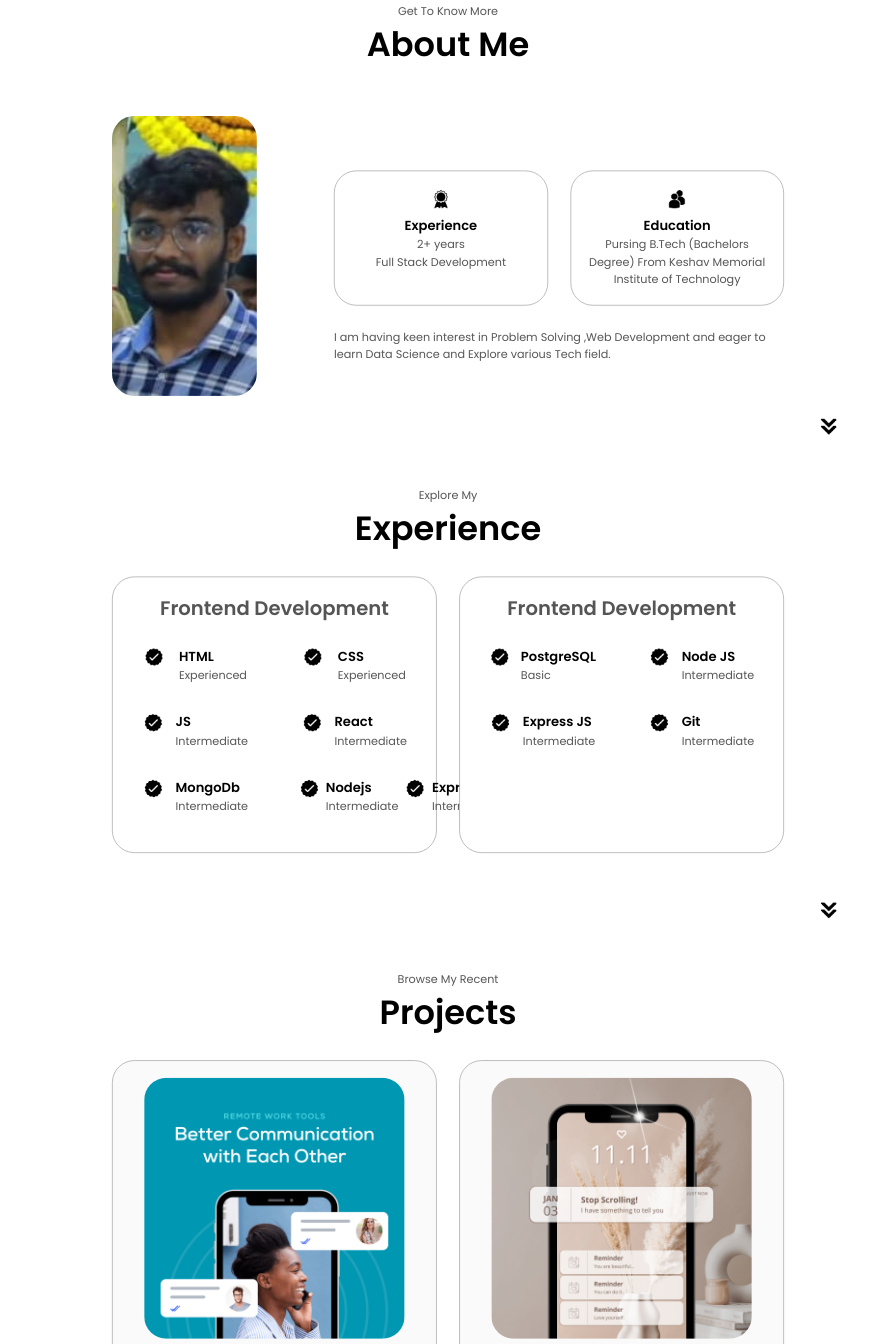
Repository: ARUN-YERRAM/ARUN-YERRAM-PORTFOLIO
Page: portfolio/index.html
These files come from the project's save history. The page is drawn as it stood at one moment and after the next save; the edit follows.
The browser window is 1280 px wide. The pictures show the part of the page from y = 842 to 2762 px (the page is 4425 px tall), at 70% of full size.

Above is the page before, as saved 2024-07-07 04:03:59.

### portfolio/index.html
<!DOCTYPE html>
<html lang="en">
  <head>
    <meta charset="UTF-8" />
    <meta http-equiv="X-UA-Compatible" content="IE=edge" />
    <meta name="viewport" content="width=device-width, initial-scale=1.0" />
    <title>My Portfolio</title>
    <link rel="stylesheet" href="style.css" />
    <link rel="stylesheet" href="mediaqueries.css" />
  </head>
  <body>
    <nav id="desktop-nav">
      <div class="logo">ARUN YERRAM</div>
      <div>
        <ul class="nav-links">
          <li><a href="#about">About</a></li>
          <li><a href="#experience">Experience</a></li>
          <li><a href="#projects">Projects</a></li>
          <li><a href="#contact">Contact</a></li>
        </ul>
      </div>
    </nav>
    <nav id="hamburger-nav">
      <div class="logo">ARUN YERRAM</div>
      <div class="hamburger-menu">
        <div class="hamburger-icon" onclick="toggleMenu()">
          <span></span>
          <span></span>
          <span></span>
        </div>
        <div class="menu-links">
          <li><a href="#about" onclick="toggleMenu()">About</a></li>
          <li><a href="#experience" onclick="toggleMenu()">Experience</a></li>
          <li><a href="#projects" onclick="toggleMenu()">Projects</a></li>
          <li><a href="#contact" onclick="toggleMenu()">Contact</a></li>
        </div>
      </div>
    </nav>
    <section id="profile">
      <div class="section__pic-container">
        <img src="./assets/profile-pic.png" alt="John Doe profile picture" />
      </div>
      <div class="section__text">
        <p class="section__text__p1">Hello, I'm</p>
        <h1 class="title">ARUN YERRAM</h1>
        <p class="section__text__p2">Frontend Developer</p>
        <div class="btn-container">
          <button
            class="btn btn-color-2"
            onclick="window.open('./assets/resume-example.pdf')"
          >
            Download CV
          </button>
          <button class="btn btn-color-1" onclick="location.href='./#contact'">
            Contact Info
          </button>
        </div>
        <div id="socials-container">
          <img
            src="./assets/linkedin.png"
            alt="My LinkedIn profile"
            class="icon"
            onclick="window.open('https://www.linkedin.com/in/arun-yerram/','_blank')"
          />
          <img
            src="./assets/github.png"
            alt="My Github profile"
            class="icon"
            onclick="location.href='https://github.com/ARUN-YERRAM?tab=repositories'"
          />
        </div>
      </div>
    </section>
    <section id="about">
      <p class="section__text__p1">Get To Know More</p>
      <h1 class="title">About Me</h1>
      <div class="section-container">
        <div class="section__pic-container">
          <img
            src="./assets/Photo1.jpg"
            alt="Profile picture"
            class="about-pic"
          />
        </div>
        <div class="about-details-container">
          <div class="about-containers">
            <div class="details-container">
              <img
                src="./assets/experience.png"
                alt="Experience icon"
                class="icon"
              />
              <h3>Experience</h3>
              <p>2+ years <br />Full Stack Development</p>
            </div>
            <div class="details-container">
              <img
                src="./assets/education.png"
                alt="Education icon"
                class="icon"
              />
              <h3>Education</h3>
              <p>Pursing B.Tech (Bachelors Degree) From Keshav Memorial Institute of Technology <br /></p>
            </div>
          </div>
          <div class="text-container">
            <p>
              I am having keen interest in Problem Solving ,Web Development and eager to learn Data Science and Explore various Tech field.
            </p>
          </div>
        </div>
      </div>
      <img
        src="./assets/arrow.png"
        alt="Arrow icon"
        class="icon arrow"
        onclick="location.href='./#experience'"
      />
    </section>
    <section id="experience">
      <p class="section__text__p1">Explore My</p>
      <h1 class="title">Experience</h1>
      <div class="experience-details-container">
        <div class="about-containers">
          <div class="details-container">
            <h2 class="experience-sub-title">Frontend Development</h2>
            <div class="article-container">
              <article>
                <img
                  src="./assets/checkmark.png"
                  alt="Experience icon"
                  class="icon"
                />
                <div>
                  <h3>HTML</h3>
                  <p>Experienced</p>
                </div>
              </article>
              <article>
                <img
                  src="./assets/checkmark.png"
                  alt="Experience icon"
                  class="icon"
                />
                <div>
                  <h3>CSS</h3>
                  <p>Experienced</p>
                </div>
              </article>
              <article>
                <img
                  src="./assets/checkmark.png"
                  alt="Experience icon"
                  class="icon"
                />
                <div>
                  <h3>JS</h3>
                  <p>Intermediate</p>
                </div>
              </article>
              <article>
                <img
                  src="./assets/checkmark.png"
                  alt="Experience icon"
                  class="icon"
                />
                <div>
                  <h3>React</h3>
                  <p>Intermediate</p>
                </div>
              </article>
              <article>
                <img
                  src="./assets/checkmark.png"
                  alt="Experience icon"
                  class="icon"
                />
                <div>
                  <h3>MongoDb</h3>
                  <p>Intermediate</p>
                </div>
              </article>
              <article>
                <article>
                  <img
                    src="./assets/checkmark.png"
                    alt="Experience icon"
                    class="icon"
                  />
                  <div>
                    <h3>Nodejs</h3>
                    <p>Intermediate</p>
                  </div>
                </article>

                <article>
                  <img
                    src="./assets/checkmark.png"
                    alt="Experience icon"
                    class="icon"
                  />
                  <div>
                    <h3>Expressjs</h3>
                    <p>Intermediate</p>
                  </div>
                </article>
                <article>
                <article>
                <img
                  src="./assets/checkmark.png"
                  alt="Experience icon"
                  class="icon"
                />
                <div>
                  <h3>Git && Github</h3>
                  <p>Intermediate</p>
                </div>
              </article>
            </div>
          </div>
          <div class="details-container">
            <h2 class="experience-sub-title">Frontend Development</h2>
            <div class="article-container">
              <article>
                <img
                  src="./assets/checkmark.png"
                  alt="Experience icon"
                  class="icon"
                />
                <div>
                  <h3>PostgreSQL</h3>
                  <p>Basic</p>
                </div>
              </article>
              <article>
                <img
                  src="./assets/checkmark.png"
                  alt="Experience icon"
                  class="icon"
                />
                <div>
                  <h3>Node JS</h3>
                  <p>Intermediate</p>
                </div>
              </article>
              <article>
                <img
                  src="./assets/checkmark.png"
                  alt="Experience icon"
                  class="icon"
                />
                <div>
                  <h3>Express JS</h3>
                  <p>Intermediate</p>
                </div>
              </article>
              <article>
                <img
                  src="./assets/checkmark.png"
                  alt="Experience icon"
                  class="icon"
                />
                <div>
                  <h3>Git</h3>
                  <p>Intermediate</p>
                </div>
              </article>
            </div>
          </div>
        </div>
      </div>
      <img
        src="./assets/arrow.png"
        alt="Arrow icon"
        class="icon arrow"
        onclick="location.href='./#projects'"
      />
    </section>
    <section id="projects">
      <p class="section__text__p1">Browse My Recent</p>
      <h1 class="title">Projects</h1>
      <div class="experience-details-container">
        <div class="about-containers">
          <div class="details-container color-container">
            <div class="article-container">
              <img
                src="./assets/project-1.png"
                alt="Project 1"
                class="project-img"
              />
            </div>
            <h2 class="experience-sub-title project-title">Project One</h2>
            <div class="btn-container">
              <button
                class="btn btn-color-2 project-btn"
                onclick="location.href='https://github.com/'"
              >
                Github
              </button>
              <button
                class="btn btn-color-2 project-btn"
                onclick="location.href='https://github.com/'"
              >
                Live Demo
              </button>
            </div>
          </div>
          <div class="details-container color-container">
            <div class="article-container">
              <img
                src="./assets/project-2.png"
                alt="Project 2"
                class="project-img"
              />
            </div>
            <h2 class="experience-sub-title project-title">Project Two</h2>
            <div class="btn-container">
              <button
                class="btn btn-color-2 project-btn"
                onclick="location.href='https://github.com/'"
              >
                Github
              </button>
              <button
                class="btn btn-color-2 project-btn"
                onclick="location.href='https://github.com/'"
              >
                Live Demo
              </button>
            </div>
          </div>
          <div class="details-container color-container">
            <div class="article-container">
              <img
                src="./assets/project-3.png"
                alt="Project 3"
                class="project-img"
              />
            </div>
            <h2 class="experience-sub-title project-title">Project Three</h2>
            <div class="btn-container">
              <button
                class="btn btn-color-2 project-btn"
                onclick="location.href='https://github.com/'"
              >
                Github
              </button>
              <button
                class="btn btn-color-2 project-btn"
                onclick="location.href='https://github.com/'"
              >
                Live Demo
              </button>
            </div>
          </div>
        </div>
      </div>
      <img
        src="./assets/arrow.png"
        alt="Arrow icon"
        class="icon arrow"
        onclick="location.href='./#contact'"
      />
    </section>
    <section id="contact">
      <p class="section__text__p1">Get in Touch</p>
      <h1 class="title">Contact Me</h1>
      <div class="contact-info-upper-container">
        <div class="contact-info-container">
          <img
            src="./assets/email.png"
            alt="Email icon"
            class="icon contact-icon email-icon"
          />
          <p><a href="mailto:examplemail@gmail.com">Example@gmail.com</a></p>
        </div>
        <div class="contact-info-container">
          <img
            src="./assets/linkedin.png"
            alt="LinkedIn icon"
            class="icon contact-icon"
          />
          <p><a href="https://www.linkedin.com">LinkedIn</a></p>
        </div>
      </div>
    </section>
    <footer>
      <nav>
        <div class="nav-links-container">
          <ul class="nav-links">
            <li><a href="#about">About</a></li>
            <li><a href="#experience">Experience</a></li>
            <li><a href="#projects">Projects</a></li>
            <li><a href="#contact">Contact</a></li>
          </ul>
        </div>
      </nav>
      <p>Copyright &#169; 2023 John Doe. All Rights Reserved.</p>
    </footer>
    <script src="script.js"></script>
  </body>
</html>

### portfolio/style.css
/* GENERAL */

@import url("https://fonts.googleapis.com/css2?family=Poppins:wght@300;400;500;600&display=swap");

* {
  margin: 0;
  padding: 0;
}

body {
  font-family: "Poppins", sans-serif;
}

html {
  scroll-behavior: smooth;
}

p {
  color: rgb(85, 85, 85);
}

/* TRANSITION */

a,
.btn {
  transition: all 300ms ease;
}

/* DESKTOP NAV */

nav,
.nav-links {
  display: flex;
}

nav {
  justify-content: space-around;
  align-items: center;
  height: 17vh;
}

.nav-links {
  gap: 2rem;
  list-style: none;
  font-size: 1.5rem;
}

a {
  color: black;
  text-decoration: none;
  text-decoration-color: white;
}

a:hover {
  color: grey;
  text-decoration: underline;
  text-underline-offset: 1rem;
  text-decoration-color: rgb(181, 181, 181);
}

.logo {
  font-size: 2rem;
}

.logo:hover {
  cursor: default;
}

/* HAMBURGER MENU */

#hamburger-nav {
  display: none;
}

.hamburger-menu {
  position: relative;
  display: inline-block;
}

.hamburger-icon {
  display: flex;
  flex-direction: column;
  justify-content: space-between;
  height: 24px;
  width: 30px;
  cursor: pointer;
}

.hamburger-icon span {
  width: 100%;
  height: 2px;
  background-color: black;
  transition: all 0.3 ease-in-out;
}

.menu-links {
  position: absolute;
  top: 100%;
  right: 0;
  background-color: white;
  width: fit-content;
  max-height: 0;
  overflow: hidden;
  transition: all 0.3 ease-in-out;
}

.menu-links a {
  display: block;
  padding: 10px;
  text-align: center;
  font-size: 1.5rem;
  color: black;
  text-decoration: none;
  transition: all 0.3 ease-in-out;
}

.menu-links li {
  list-style: none;
}

.menu-links.open {
  max-height: 300px;
}

.hamburger-icon.open span:first-child {
  transform: rotate(45deg) translate(10px, 5px);
}

.hamburger-icon.open span:nth-child(2) {
  opacity: 0;
}

.hamburger-icon.open span:last-child {
  transform: rotate(-45deg) translate(10px, -5px);
}

.hamburger-icon span:first-child {
  transform: none;
}

.hamburger-icon span:first-child {
  opacity: 1;
}

.hamburger-icon span:first-child {
  transform: none;
}

/* SECTIONS */

section {
  padding-top: 4vh;
  height: 96vh;
  margin: 0 10rem;
  box-sizing: border-box;
  min-height: fit-content;
}

.section-container {
  display: flex;
}

/* PROFILE SECTION */

#profile {
  display: flex;
  justify-content: center;
  gap: 5rem;
  height: 80vh;
}

.section__pic-container {
  display: flex;
  height: 400px;
  width: 400px;
  margin: auto 0;
}

.section__text {
  align-self: center;
  text-align: center;
}

.section__text p {
  font-weight: 600;
}

.section__text__p1 {
  text-align: center;
}

.section__text__p2 {
  font-size: 1.75rem;
  margin-bottom: 1rem;
}

.title {
  font-size: 3rem;
  text-align: center;
}

#socials-container {
  display: flex;
  justify-content: center;
  margin-top: 1rem;
  gap: 1rem;
}

/* ICONS */

.icon {
  cursor: pointer;
  height: 2rem;
}

/* BUTTONS */

.btn-container {
  display: flex;
  justify-content: center;
  gap: 1rem;
}

.btn {
  font-weight: 600;
  transition: all 300ms ease;
  padding: 1rem;
  width: 8rem;
  border-radius: 2rem;
}

.btn-color-1,
.btn-color-2 {
  border: rgb(53, 53, 53) 0.1rem solid;
}

.btn-color-1:hover,
.btn-color-2:hover {
  cursor: pointer;
}

.btn-color-1,
.btn-color-2:hover {
  background: rgb(53, 53, 53);
  color: white;
}

.btn-color-1:hover {
  background: rgb(0, 0, 0);
}

.btn-color-2 {
  background: none;
}

.btn-color-2:hover {
  border: rgb(255, 255, 255) 0.1rem solid;
}

.btn-container {
  gap: 1rem;
}

/* ABOUT SECTION */

#about {
  position: relative;
}

.about-containers {
  gap: 2rem;
  margin-bottom: 2rem;
  margin-top: 2rem;
}

.about-details-container {
  justify-content: center;
  flex-direction: column;
}

.about-containers,
.about-details-container {
  display: flex;
}

.about-pic {
  border-radius: 2rem;
}

.arrow {
  position: absolute;
  right: -5rem;
  bottom: 2.5rem;
}

.details-container {
  padding: 1.5rem;
  flex: 1;
  background: white;
  border-radius: 2rem;
  border: rgb(53, 53, 53) 0.1rem solid;
  border-color: rgb(163, 163, 163);
  text-align: center;
}

.section-container {
  gap: 4rem;
  height: 80%;
}

.section__pic-container {
  height: 400px;
  width: 400px;
  margin: auto 0;
}

/* EXPERIENCE SECTION */

#experience {
  position: relative;
}

.experience-sub-title {
  color: rgb(85, 85, 85);
  font-weight: 600;
  font-size: 1.75rem;
  margin-bottom: 2rem;
}

.experience-details-container {
  display: flex;
  justify-content: center;
  flex-direction: column;
}

.article-container {
  display: flex;
  text-align: initial;
  flex-wrap: wrap;
  flex-direction: row;
  gap: 2.5rem;
  justify-content: space-around;
}

article {
  display: flex;
  width: 10rem;
  justify-content: space-around;
  gap: 0.5rem;
}

article .icon {
  cursor: default;
}

/* PROJECTS SECTION */

#projects {
  position: relative;
}

.color-container {
  border-color: rgb(163, 163, 163);
  background: rgb(250, 250, 250);
}

.project-img {
  border-radius: 2rem;
  width: 90%;
  height: 90%;
}

.project-title {
  margin: 1rem;
  color: black;
}

.project-btn {
  color: black;
  border-color: rgb(163, 163, 163);
}

/* CONTACT */

#contact {
  display: flex;
  justify-content: center;
  flex-direction: column;
  height: 70vh;
}

.contact-info-upper-container {
  display: flex;
  justify-content: center;
  border-radius: 2rem;
  border: rgb(53, 53, 53) 0.1rem solid;
  border-color: rgb(163, 163, 163);
  background: (250, 250, 250);
  margin: 2rem auto;
  padding: 0.5rem;
}

.contact-info-container {
  display: flex;
  align-items: center;
  justify-content: center;
  gap: 0.5rem;
  margin: 1rem;
}

.contact-info-container p {
  font-size: larger;
}

.contact-icon {
  cursor: default;
}

.email-icon {
  height: 2.5rem;
}

/* FOOTER SECTION */

footer {
  height: 26vh;
  margin: 0 1rem;
}

footer p {
  text-align: center;
}

### portfolio/mediaqueries.css
@media screen and (max-width: 1400px) {
  #profile {
    height: 83vh;
    margin-bottom: 6rem;
  }
  .about-containers {
    flex-wrap: wrap;
  }
  #contact,
  #projects {
    height: fit-content;
  }
}

@media screen and (max-width: 1200px) {
  #desktop-nav {
    display: none;
  }
  #hamburger-nav {
    display: flex;
  }
  #experience,
  .experience-details-container {
    margin-top: 2rem;
  }
  #profile,
  .section-container {
    display: block;
  }
  .arrow {
    display: none;
  }
  section,
  .section-container {
    height: fit-content;
  }
  section {
    margin: 0 5%;
  }
  .section__pic-container {
    width: 275px;
    height: 275px;
    margin: 0 auto 2rem;
  }
  .about-containers {
    margin-top: 0;
  }
}

@media screen and (max-width: 600px) {
  #contact,
  footer {
    height: 40vh;
  }
  #profile {
    height: 83vh;
    margin-bottom: 0;
  }
  article {
    font-size: 1rem;
  }
  footer nav {
    height: fit-content;
    margin-bottom: 2rem;
  }
  .about-containers,
  .contact-info-upper-container,
  .btn-container {
    flex-wrap: wrap;
  }
  .contact-info-container {
    margin: 0;
  }
  .contact-info-container p,
  .nav-links li a {
    font-size: 1rem;
  }
  .experience-sub-title {
    font-size: 1.25rem;
  }
  .logo {
    font-size: 1.5rem;
  }
  .nav-links {
    flex-direction: column;
    gap: 0.5rem;
    text-align: center;
  }
  .section__pic-container {
    width: auto;
    height: 46vw;
    justify-content: center;
  }
  .section__text__p2 {
    font-size: 1.25rem;
  }
  .title {
    font-size: 2rem;
  }
  .text-container {
    text-align: justify;
  }
}

Loaded but not shown: portfolio/script.js (common file)

After the next save:
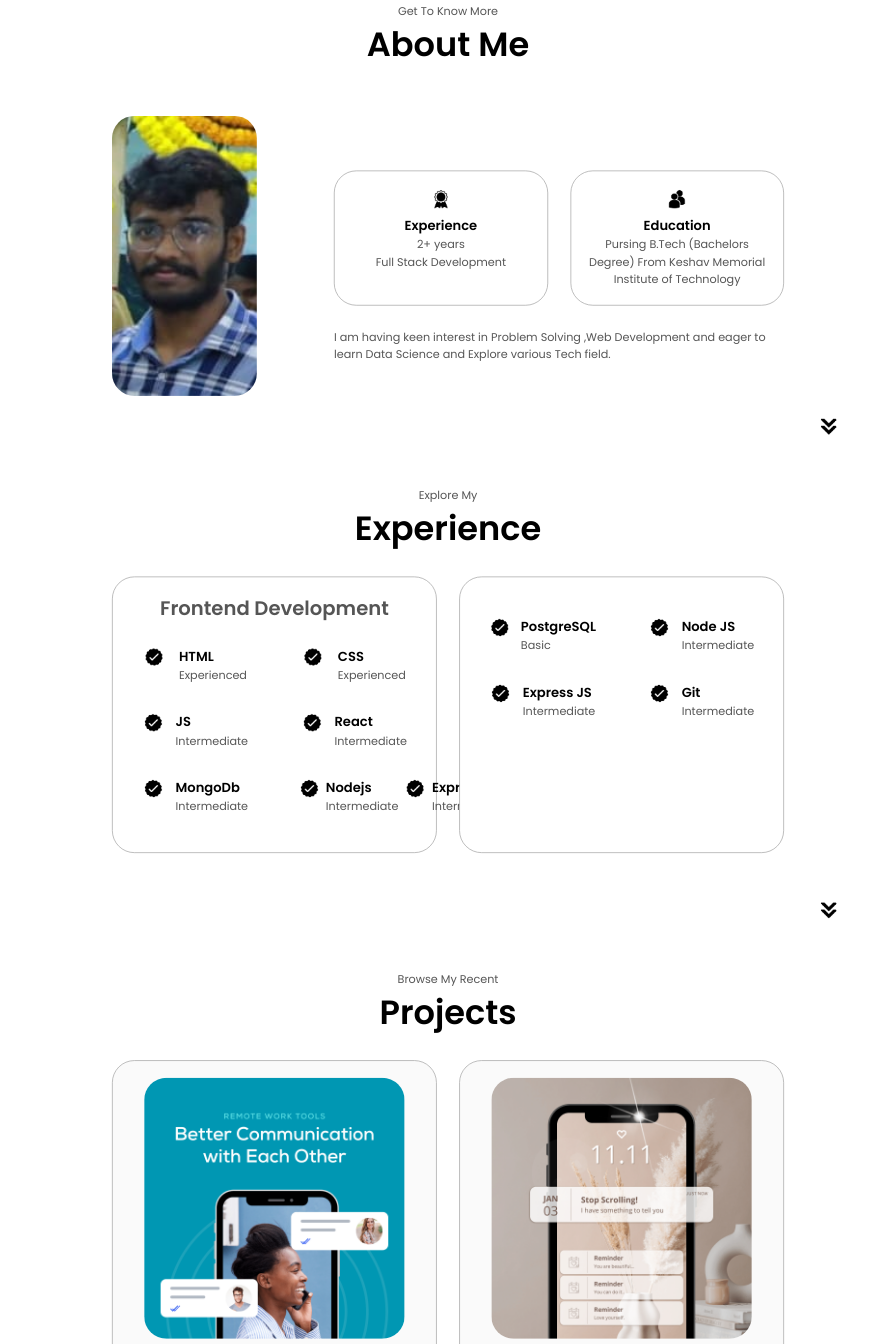
Saved 6 s later.
--- a/portfolio/index.html
+++ b/portfolio/index.html
@@ -219,7 +219,7 @@
             </div>
           </div>
           <div class="details-container">
-            <h2 class="experience-sub-title">Frontend Development</h2>
+            <h2 class="experience-sub-title"></h2>
             <div class="article-container">
               <article>
                 <img
